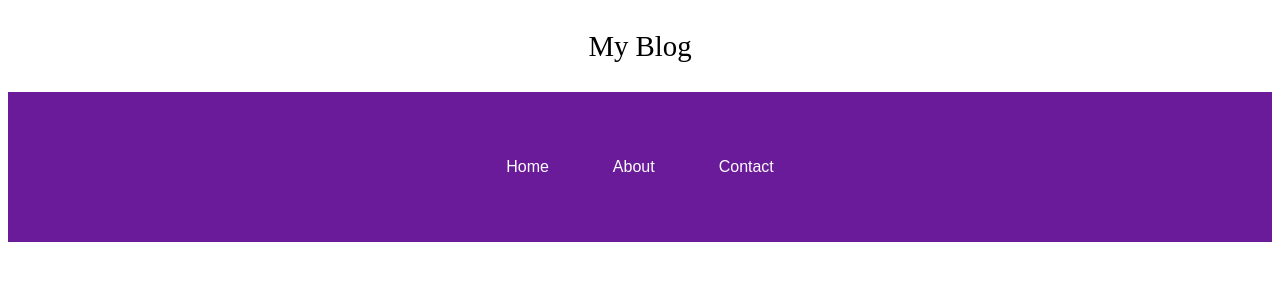
Repository: Femi007-gh/BLOG
Page: index.html
The author's editor kept a copy of each file at every save. The page is drawn from the files as they stood at one save, then again after a run of saves.
The browser window is 1280 px wide. The pictures show the whole page.

Above is the page before, as saved 2025-01-08 07:31:42.

### index.html
<html>
  <head>
    <title>BLOG</title>
    <link rel="stylesheet" href="style.css">
  </head>
  <body>
    <header>
      <p>My Blog</p>
      <nav>
        <ul>
          <li><a href="#">Home</a></li>
          <li><a href="#">About</a></li>
          <li><a href="#">Contact</a></li>
        </ul>
      </nav>
    </header>
  </body>
</html>

### style.css
nav {
      background-color: #6a1b9a;
      height: 150px;
      flex-direction: column;
      display: flex;
      justify-content: center;
      align-items: center;
    }

    ul {
      list-style: none;
      margin-top: 1rem;
      padding: -0;
      display: flex;
      justify-content: center;
    }

    li {
      margin: 0 1rem;
    }

    a {
      color: white;
      text-decoration: none;
      font-family: Arial, sans-serif;
      padding: 1rem;
      display: block;
    }

    p {
      margin-top: 30px;
      font-size: 1.8rem;

      text-align: center;
    }

After the next 2 saves:
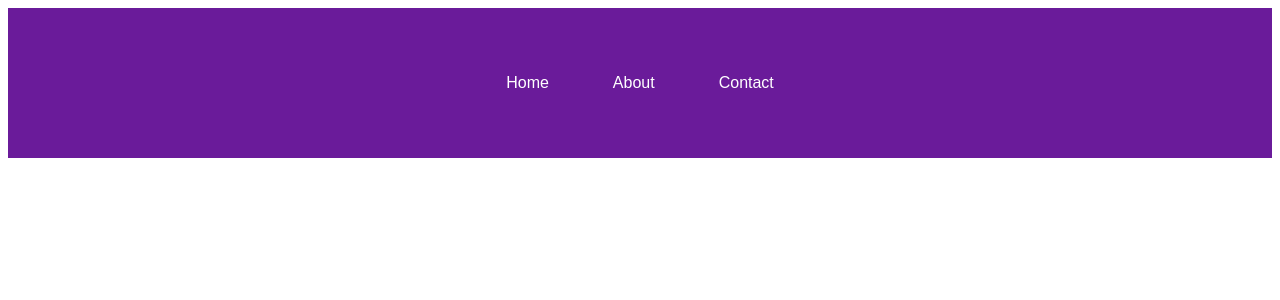
The 2 saves are shown as one change because they came seconds apart.
The last was saved 27 s later.
--- a/index.html
+++ b/index.html
@@ -5,7 +5,6 @@
   </head>
   <body>
     <header>
-      <p>My Blog</p>
       <nav>
         <ul>
           <li><a href="#">Home</a></li>
